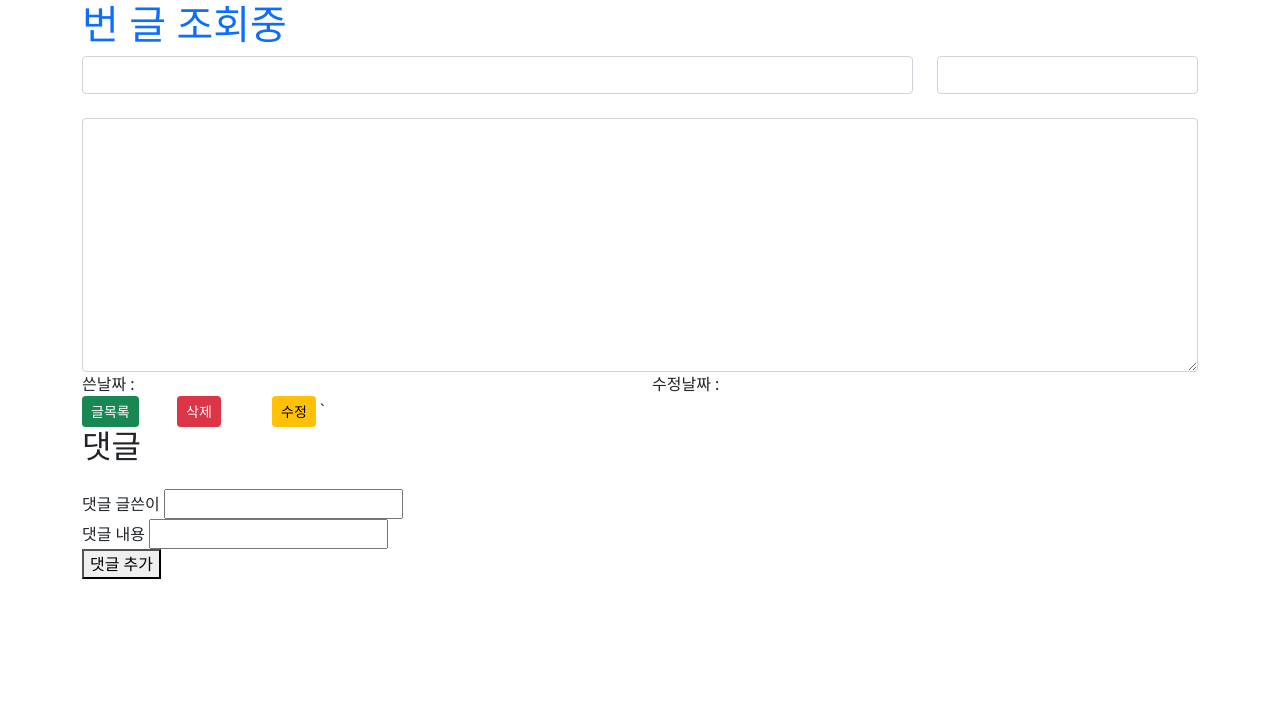
Repository: lee-ruru/spring_1
Page: http://localhost/SpringBoard/WEB-INF/views/board/boardDetail.jsp
An editor plug-in stored every save of this project. The page is shown before and after the next save, followed by the edit.
The browser window is 1280 px wide. The pictures show the whole page.
The page is served by Tomcat 9. Nobody is signed in. The template is opened directly, without the code that normally fills it, so the values that code supplies are empty.

Above is the page before, as saved 2022-04-28 00:27:47.
Console error: SyntaxError: Unexpected token ';'

After the next save:
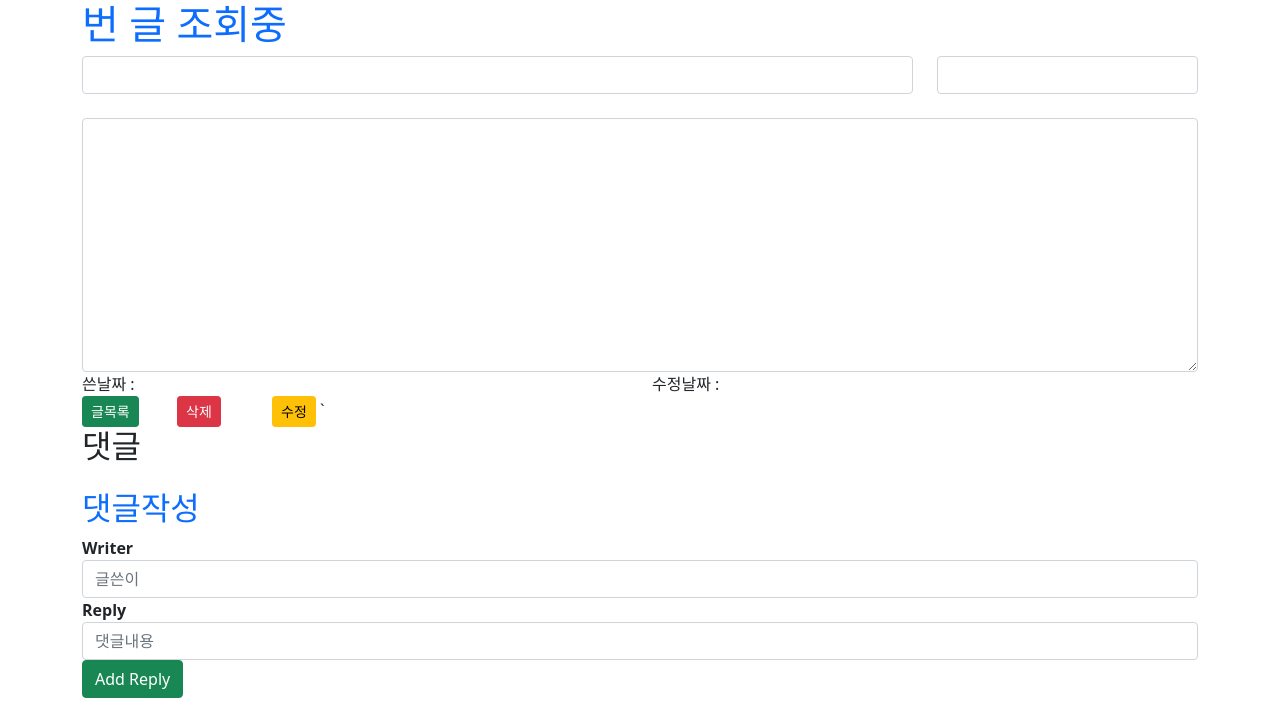
Saved 9 min 29 s later.
--- a/SpringBoard/src/main/webapp/WEB-INF/views/board/boardDetail.jsp
+++ b/SpringBoard/src/main/webapp/WEB-INF/views/board/boardDetail.jsp
@@ -79,14 +79,19 @@
 		</ul>
 		</div>
 		<!-- 댓글작성 공간 -->
-		<div>
-			<div>
-				댓글 글쓴이 <input type="text" name="relpyer" id="newReplyWriter">
-			</div>
-			<div>
-				댓글 내용 <input type="text" name="reply" id="newReplyText">
-			</div>
-			<button id="replyAddBtn">댓글 추가</button>
+		<div class="row box-box-success">
+			<div class="box-header">
+				<h2 class="text-primary">댓글작성</h2>
+			</div><!-- header -->
+			<div class="box-body">
+				<strong>Writer</strong>
+				<input type="text" id="newReplyWriter" placeholder="글쓴이" class="form-control">
+				<strong>Reply</strong>
+				<input type="text" id="newReplyText" placeholder="댓글내용" class="form-control">
+			</div><!-- body -->
+			<div class="box-footer">
+				<button type="button" class="btn btn-success" id="replyAddBtn">Add Reply</button>
+			</div><!-- footer -->
 		</div>
 
 		<!-- modal은 일종의 팝업입니다.
